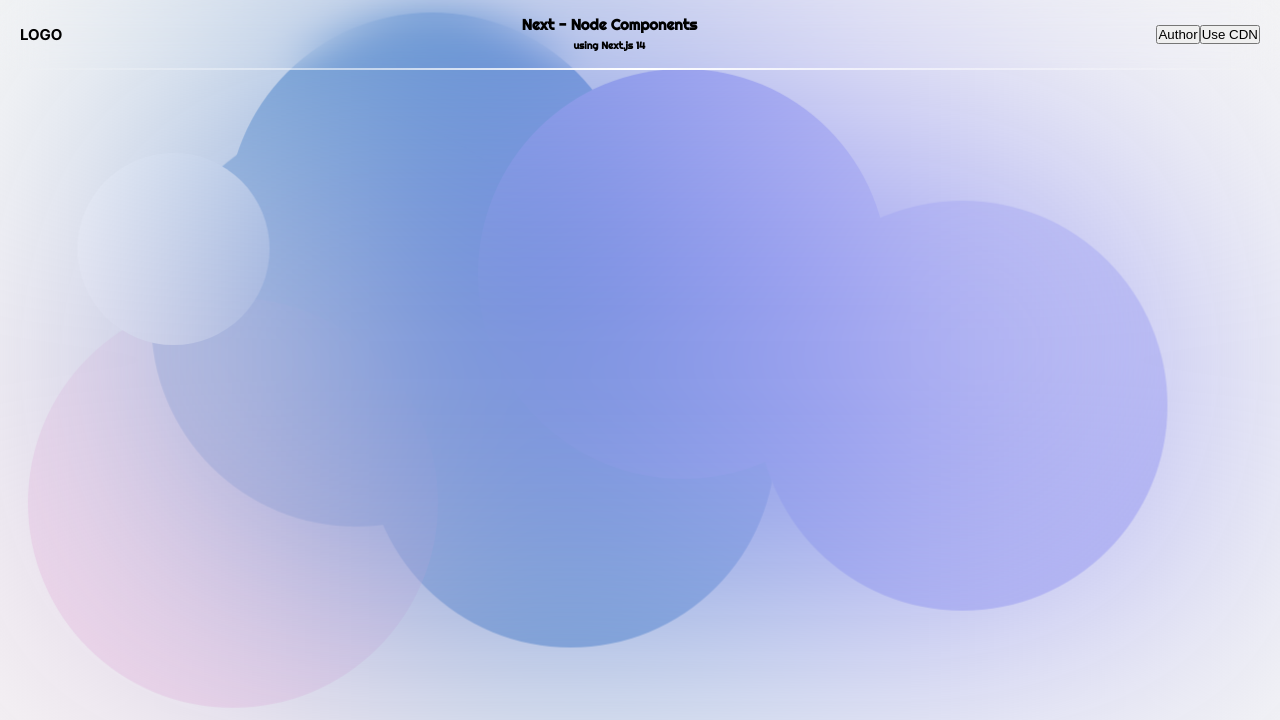
Repository: keval-gohil/komponents
Page: /
The author's editor kept a copy of each file at every save. The page is drawn from the files as they stood at one save, then again after the next save.
The browser window is 1280 px wide. The pictures show the whole page.
The project was rebuilt for these pictures with package versions that can differ from the ones it lists, and the page was loaded fresh each time. The framework's server and built-in components were replaced by stand-ins that run in the browser. Also part of the build but not shown: next.config.mjs.

Above is the page before, as saved 2024-03-07 12:19:57.

After the next save:
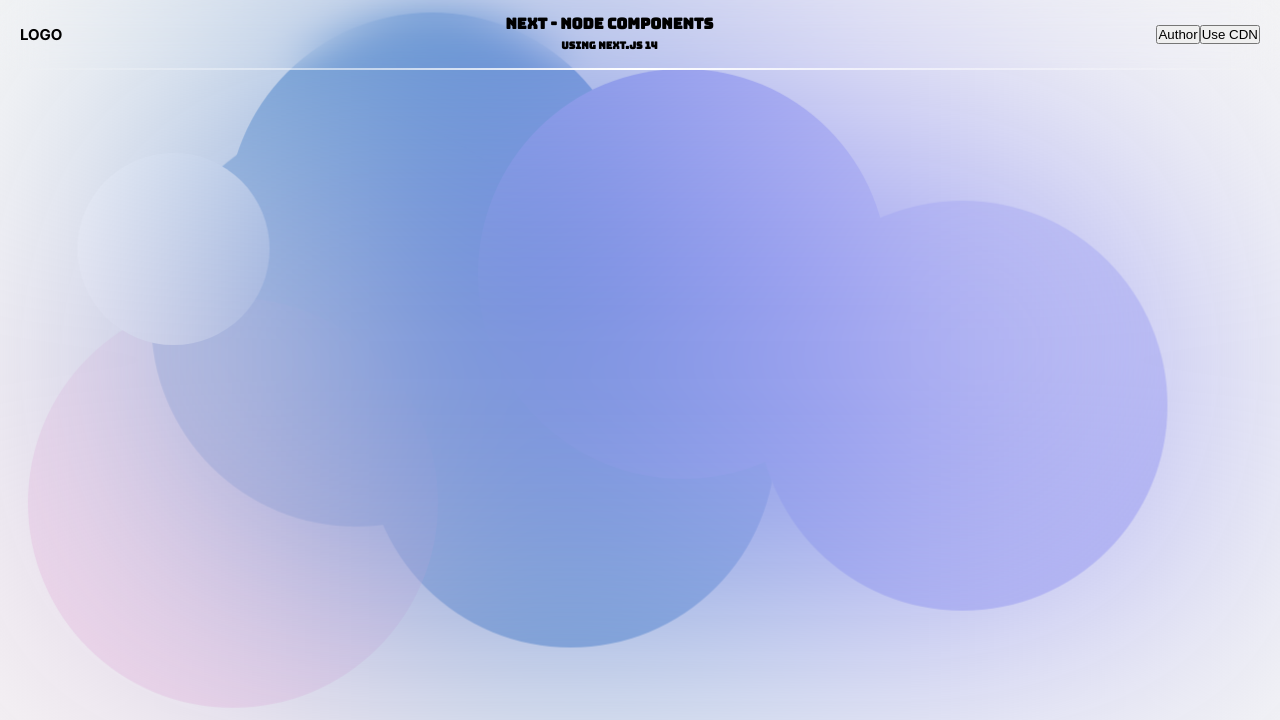
Saved 9 s later.
--- a/components/reuse/styles/style.css
+++ b/components/reuse/styles/style.css
@@ -16,7 +16,7 @@
 
 nav h2{
     text-align: center;
-    font-family: "Righteous", sans-serif;
+    font-family: "Bungee", sans-serif;
 }
 nav h2 span{
     font-size: 1rem;
